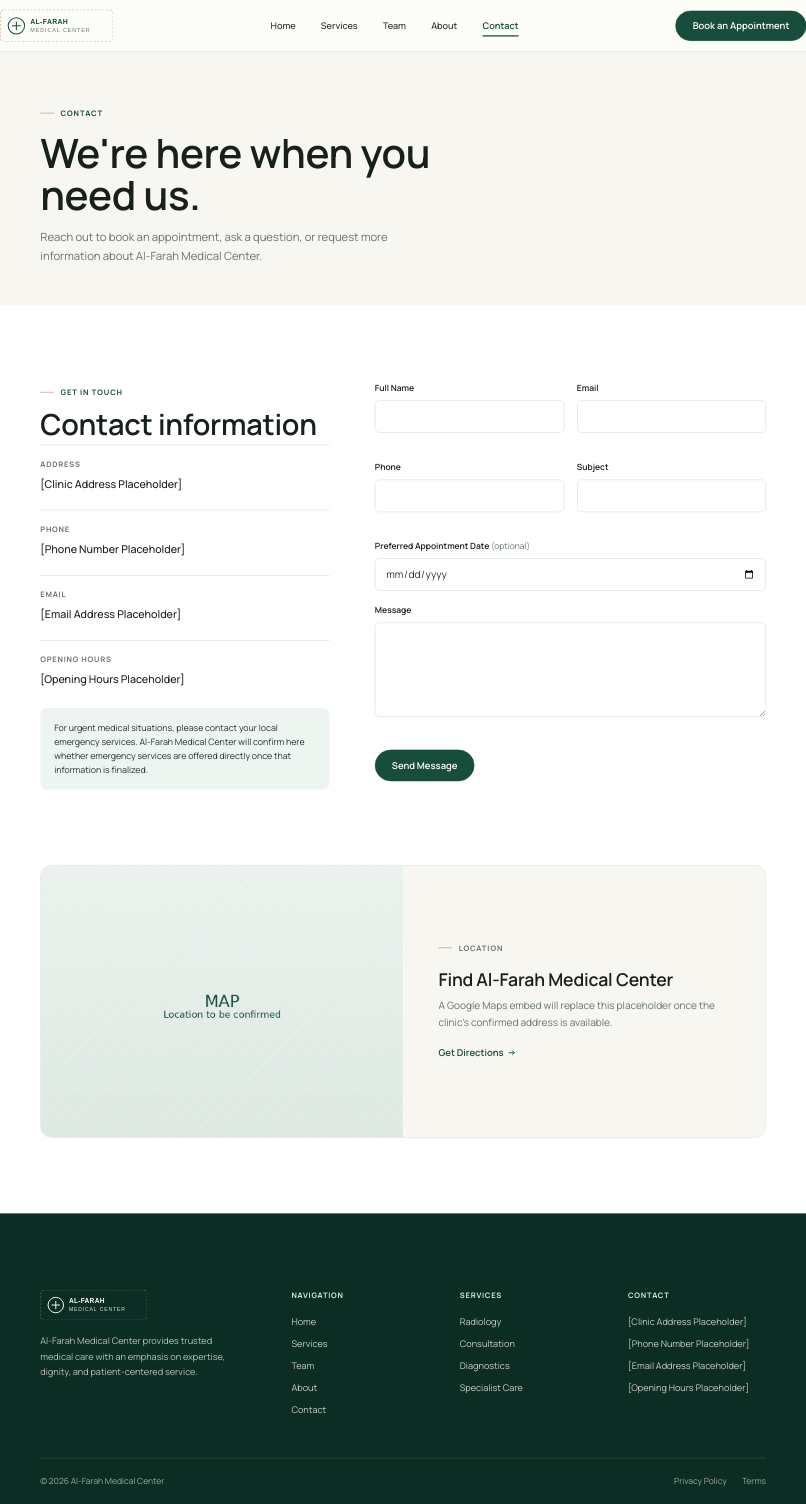
Repository: mraeesaziz45/al-farah
Page: contact.html
These files come from the project's save history. The page is drawn as it stood at one moment and after the next save; the edit follows.
The browser window is 1280 px wide. The pictures show the whole page, at 63% of full size.

Above is the page before, as saved 2026-09-28 18:06:23.

### contact.html
<!DOCTYPE html>
<html lang="en">
<head>
<meta charset="UTF-8">
<meta name="viewport" content="width=device-width, initial-scale=1.0">
<title>Contact Us — Al-Farah Medical Center</title>
<meta name="description" content="Get in touch with Al-Farah Medical Center to book an appointment or ask a question.">
<meta property="og:title" content="Contact Us — Al-Farah Medical Center">
<meta property="og:description" content="We're here when you need us.">
<meta property="og:type" content="website">
<link rel="preconnect" href="https://fonts.googleapis.com">
<link rel="preconnect" href="https://fonts.gstatic.com" crossorigin>
<link href="https://fonts.googleapis.com/css2?family=Manrope:wght@400;500;600;700&family=DM+Serif+Display:ital@0;1&display=swap" rel="stylesheet">
<link rel="stylesheet" href="css/style.css">
</head>
<body>
<a href="#main" class="skip-link">Skip to content</a>

<header class="site-header">
  <div class="container header-inner">
    <a href="index.html" class="logo-link">
      <img src="assets/logo/logo-placeholder.svg" alt="Al-Farah Medical Center" width="180" height="52">
    </a>
    <nav class="main-nav" aria-label="Primary">
      <a href="index.html">Home</a>
      <a href="services.html">Services</a>
      <a href="team.html">Team</a>
      <a href="about.html">About</a>
      <a href="contact.html" aria-current="page">Contact</a>
    </nav>
    <div class="header-actions">
      <a href="contact.html" class="btn btn-primary header-cta-desktop">Book an Appointment</a>
      <button class="menu-toggle" aria-expanded="false" aria-controls="mobileMenu" aria-label="Open menu">
        <span class="bar"></span>
      </button>
    </div>
  </div>
</header>

<div class="mobile-menu" id="mobileMenu">
  <div class="mobile-menu-top">
    <img src="assets/logo/logo-placeholder.svg" alt="Al-Farah Medical Center" width="150" height="44">
    <button class="mobile-menu-close" aria-label="Close menu">
      <svg viewBox="0 0 24 24" fill="none" stroke="currentColor" stroke-width="1.6"><line x1="5" y1="5" x2="19" y2="19"/><line x1="19" y1="5" x2="5" y2="19"/></svg>
    </button>
  </div>
  <nav class="mobile-nav" aria-label="Mobile">
    <a href="index.html">Home</a>
    <a href="services.html">Services</a>
    <a href="team.html">Team</a>
    <a href="about.html">About</a>
    <a href="contact.html" aria-current="page">Contact</a>
  </nav>
  <div class="mobile-menu-cta">
    <a href="contact.html" class="btn btn-primary">Book an Appointment</a>
  </div>
</div>

<main id="main">

  <section class="page-hero bg-cream">
    <div class="container">
      <p class="eyebrow" data-reveal>Contact</p>
      <h1 class="page-heading h1" data-reveal>We're here when you need us.</h1>
      <p class="body-lg muted" data-reveal>Reach out to book an appointment, ask a question, or request more information about Al-Farah Medical Center.</p>
    </div>
  </section>

  <section class="section bg-white">
    <div class="container contact-layout">

      <div data-reveal>
        <p class="eyebrow">Get in Touch</p>
        <h2 class="h2 mt-16">Contact information</h2>
        <div class="contact-info-list">
          <div class="contact-info-item">
            <span class="label">Address</span>
            <address class="value">[Clinic Address Placeholder]</address>
          </div>
          <div class="contact-info-item">
            <span class="label">Phone</span>
            <p class="value">[Phone Number Placeholder]</p>
          </div>
          <div class="contact-info-item">
            <span class="label">Email</span>
            <p class="value">[Email Address Placeholder]</p>
          </div>
          <div class="contact-info-item">
            <span class="label">Opening Hours</span>
            <p class="value">[Opening Hours Placeholder]</p>
          </div>
        </div>
        <p class="contact-note">For urgent medical situations, please contact your local emergency services. Al-Farah Medical Center will confirm here whether emergency services are offered directly once that information is finalized.</p>
      </div>

      <div data-reveal>
        <form class="contact-form" novalidate>
          <div class="form-row">
            <div class="form-field">
              <label for="fullName">Full Name</label>
              <input type="text" id="fullName" name="fullName" required autocomplete="name" aria-describedby="fullName-error">
              <span class="field-error" id="fullName-error"></span>
            </div>
            <div class="form-field">
              <label for="email">Email</label>
              <input type="email" id="email" name="email" required autocomplete="email" aria-describedby="email-error">
              <span class="field-error" id="email-error"></span>
            </div>
          </div>
          <div class="form-row">
            <div class="form-field">
              <label for="phone">Phone</label>
              <input type="tel" id="phone" name="phone" required autocomplete="tel" aria-describedby="phone-error">
              <span class="field-error" id="phone-error"></span>
            </div>
            <div class="form-field">
              <label for="subject">Subject</label>
              <input type="text" id="subject" name="subject" required aria-describedby="subject-error">
              <span class="field-error" id="subject-error"></span>
            </div>
          </div>
          <div class="form-field">
            <label for="appointmentDate">Preferred Appointment Date <span class="optional">(optional)</span></label>
            <input type="date" id="appointmentDate" name="appointmentDate">
          </div>
          <div class="form-field">
            <label for="message">Message</label>
            <textarea id="message" name="message" required aria-describedby="message-error"></textarea>
            <span class="field-error" id="message-error"></span>
          </div>
          <div class="form-submit-row">
            <button type="submit" class="btn btn-primary">Send Message</button>
          </div>
          <div class="form-status" role="status" aria-live="polite"></div>
        </form>
      </div>

    </div>
  </section>

  <section class="map-section bg-white">
    <div class="container">
      <div class="map-card" data-reveal>
        <div class="map-media">
          <img src="assets/images/map-placeholder.jpg" alt="Map placeholder for Al-Farah Medical Center location" width="1000" height="1000" loading="lazy" decoding="async">
        </div>
        <div class="map-content">
          <p class="eyebrow">Location</p>
          <h3 class="h3">Find Al-Farah Medical Center</h3>
          <p>A Google Maps embed will replace this placeholder once the clinic's confirmed address is available.</p>
          <a href="#" class="text-link">Get Directions <svg width="14" height="14" viewBox="0 0 16 16" fill="none" stroke="currentColor" stroke-width="1.6"><path d="M3 8h10M9 4l4 4-4 4"/></svg></a>
        </div>
      </div>
    </div>
  </section>

</main>

<footer class="site-footer">
  <div class="container footer-grid">
    <div>
      <img src="assets/logo/logo-placeholder-light.svg" alt="Al-Farah Medical Center" class="footer-logo" width="170" height="50">
      <p class="footer-about">Al-Farah Medical Center provides trusted medical care with an emphasis on expertise, dignity, and patient-centered service.</p>
    </div>
    <div class="footer-col">
      <p class="footer-col-title">Navigation</p>
      <ul>
        <li><a href="index.html">Home</a></li>
        <li><a href="services.html">Services</a></li>
        <li><a href="team.html">Team</a></li>
        <li><a href="about.html">About</a></li>
        <li><a href="contact.html">Contact</a></li>
      </ul>
    </div>
    <div class="footer-col">
      <p class="footer-col-title">Services</p>
      <ul>
        <li><a href="services.html#radiology">Radiology</a></li>
        <li><a href="services.html#consultation">Consultation</a></li>
        <li><a href="services.html#laboratory">Diagnostics</a></li>
        <li><a href="services.html#specialist">Specialist Care</a></li>
      </ul>
    </div>
    <div class="footer-col">
      <p class="footer-col-title">Contact</p>
      <ul>
        <li>[Clinic Address Placeholder]</li>
        <li>[Phone Number Placeholder]</li>
        <li>[Email Address Placeholder]</li>
        <li>[Opening Hours Placeholder]</li>
      </ul>
    </div>
  </div>
  <div class="container footer-bottom">
    <p>&copy; 2026 Al-Farah Medical Center</p>
    <div class="footer-legal">
      <a href="#">Privacy Policy</a>
      <a href="#">Terms</a>
    </div>
  </div>
</footer>

<script src="js/main.js"></script>
</body>
</html>

Loaded but not shown: js/main.js (276 lines, source omitted); css/style.css (1057 lines, source omitted)

After the next save:
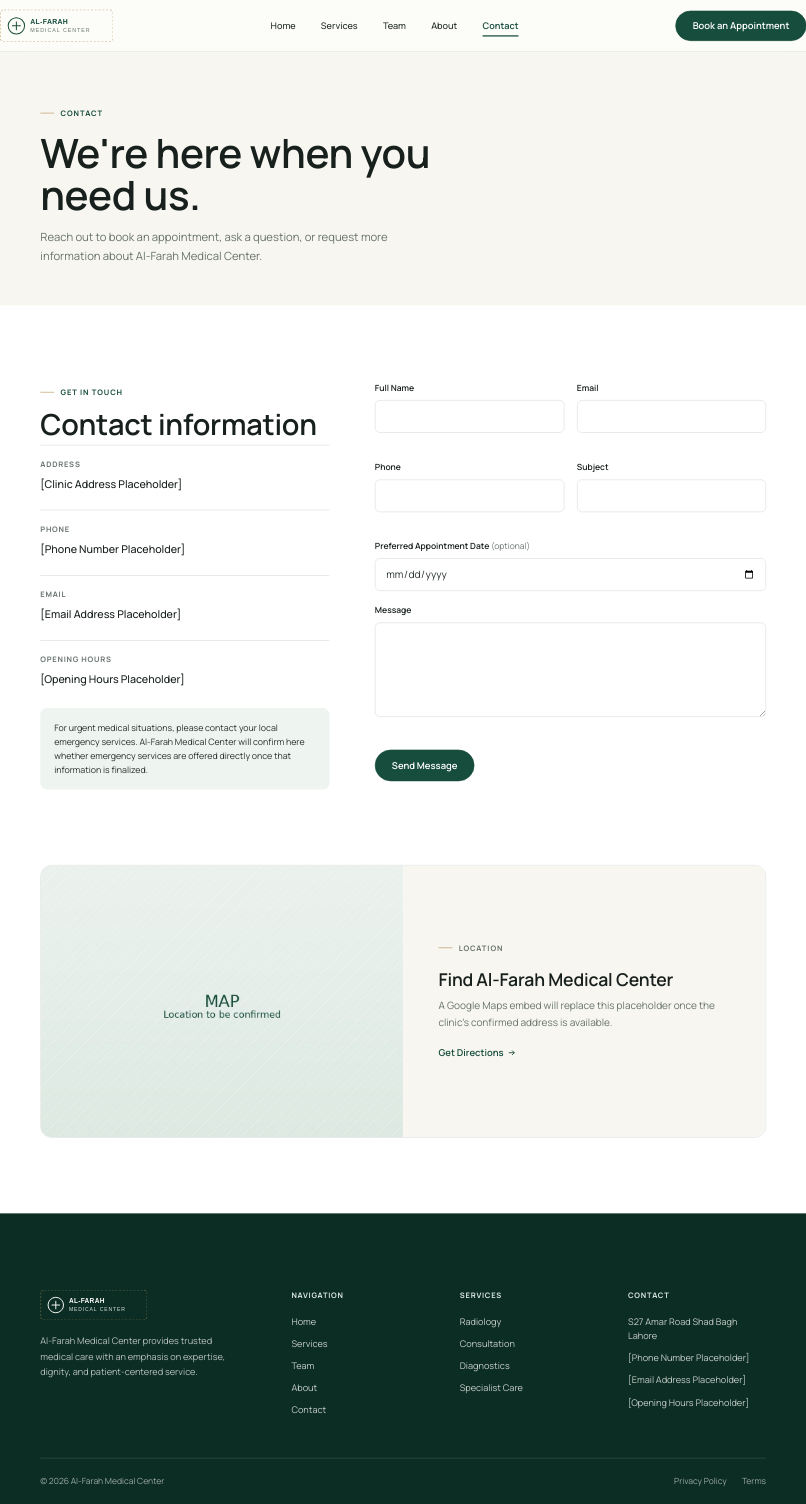
Saved 88 s later.
--- a/contact.html
+++ b/contact.html
@@ -184,7 +184,7 @@
     <div class="footer-col">
       <p class="footer-col-title">Contact</p>
       <ul>
-        <li>[Clinic Address Placeholder]</li>
+        <li>S27 Amar Road Shad Bagh Lahore</li>
         <li>[Phone Number Placeholder]</li>
         <li>[Email Address Placeholder]</li>
         <li>[Opening Hours Placeholder]</li>
